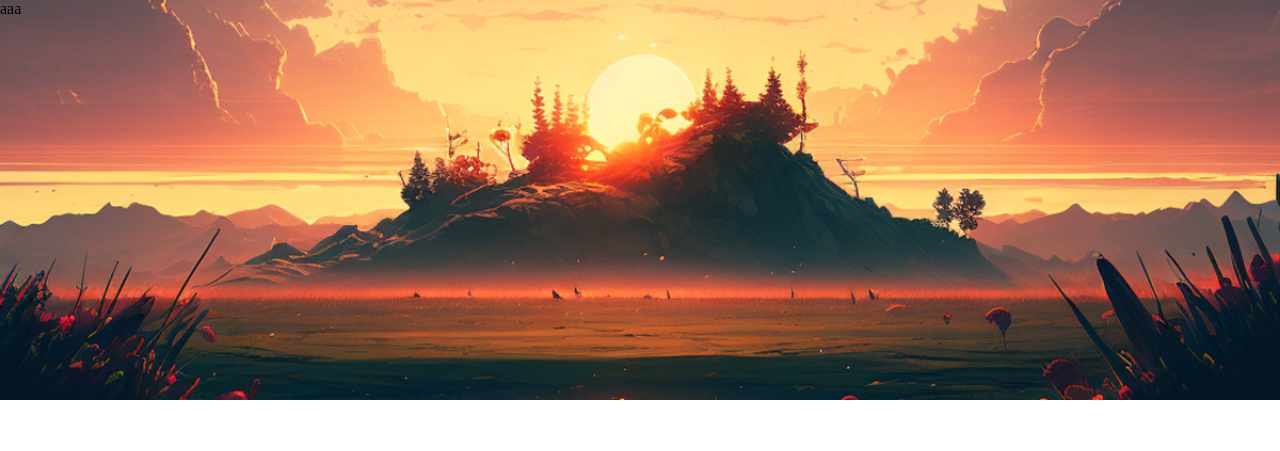
Repository: TheBiggestFatCat/myblog-frontend
Page: /
These files come from the project's save history. The page is drawn as it stood at one moment and after the next save; the edit follows.
The browser window is 1280 px wide. The pictures show the whole page.
The project was rebuilt for these pictures with package versions that can differ from the ones it lists, and the page was loaded fresh each time. Also part of the build but not shown: vite.config.ts.

Above is the page before, as saved 2023-02-26 08:22:20.

### src/style.css
* {
  margin: 0;
  padding: 0;
}

/* :root {
  font-family: Inter, system-ui, Avenir, Helvetica, Arial, sans-serif;
  line-height: 1.5;
  font-weight: 400;

  color-scheme: light dark;
  color: rgba(255, 255, 255, 0.87);
  background-color: #242424;

  font-synthesis: none;
  text-rendering: optimizeLegibility;
  -webkit-font-smoothing: antialiased;
  -moz-osx-font-smoothing: grayscale;
  -webkit-text-size-adjust: 100%;
}

a {
  font-weight: 500;
  color: #646cff;
  text-decoration: inherit;
}
a:hover {
  color: #535bf2;
}

body {
  margin: 0;
  display: flex;
  place-items: center;
  min-width: 320px;
  min-height: 100vh;
}

h1 {
  font-size: 3.2em;
  line-height: 1.1;
}

button {
  border-radius: 8px;
  border: 1px solid transparent;
  padding: 0.6em 1.2em;
  font-size: 1em;
  font-weight: 500;
  font-family: inherit;
  background-color: #1a1a1a;
  cursor: pointer;
  transition: border-color 0.25s;
}
button:hover {
  border-color: #646cff;
}
button:focus,
button:focus-visible {
  outline: 4px auto -webkit-focus-ring-color;
}

.card {
  padding: 2em;
}

#app {
  max-width: 1280px;
  margin: 0 auto;
  padding: 2rem;
  text-align: center;
}

@media (prefers-color-scheme: light) {
  :root {
    color: #213547;
    background-color: #ffffff;
  }
  a:hover {
    color: #747bff;
  }
  button {
    background-color: #f9f9f9;
  }
} */

### src/App.vue
<script setup lang="ts">
import Home from './components/Home/Home.vue';
</script>

<template>
  <Home/>
</template>

<style scoped>
</style>

### src/components/Home/Home.vue
<template>
  <div class="home">
    aaa
  </div>
</template>

<script lang='ts' setup>
</script>

<style lang="less" scoped>
.home {
  width: 1000px;
  height: 400px;
  // background-image: url(@/assets/pics/home1.jpg);
  // background-size: cover;
}

.home::before {
  content: "";
  position: fixed;
  top: 0;
  left: 0;
  width: 100vw;
  height: 400px;
  // width: 100%;
  // height: 100%;
  background-image: url(@/assets/pics/home1.jpg);
  background-size: cover;
  background-position: 0 -400px;
  backdrop-filter: blur(10px);
  // filter: blur(4px); /* 设置模糊半径 */
  // opacity: 0.5; /* 设置不透明度 */
  z-index: -1; /* 将遮罩层放在最底层 */
}
</style>

Loaded but not shown: index.html (common file); src/main.ts (common file)

After the next save:
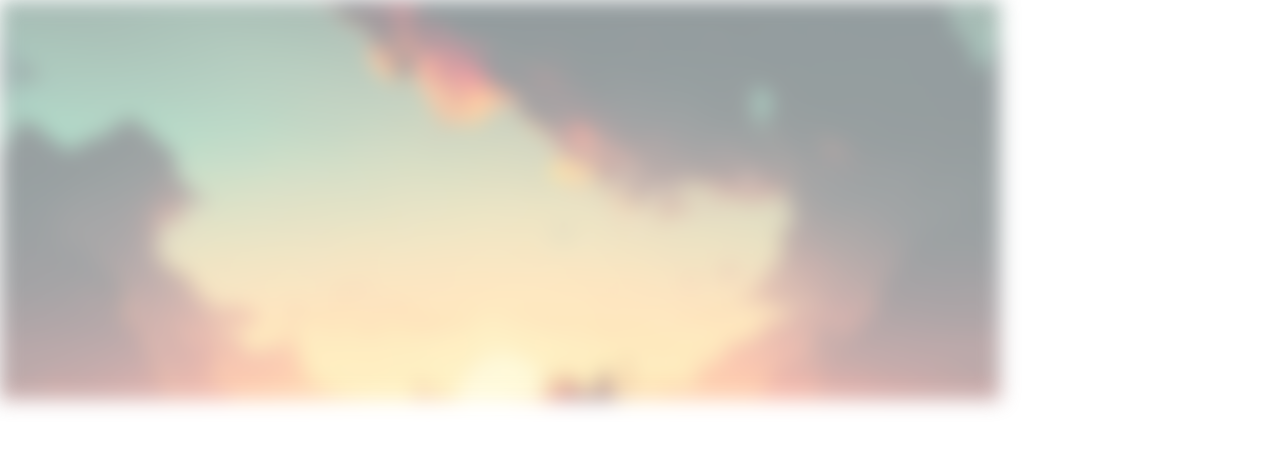
Saved 43 s later.
--- a/src/components/Home/Home.vue
+++ b/src/components/Home/Home.vue
@@ -1,6 +1,6 @@
 <template>
   <div class="home">
-    aaa
+
   </div>
 </template>
 
@@ -13,6 +13,7 @@
   height: 400px;
   // background-image: url(@/assets/pics/home1.jpg);
   // background-size: cover;
+  // background-position: 0 -200px;
 }
 
 .home::before {
@@ -20,16 +21,14 @@
   position: fixed;
   top: 0;
   left: 0;
-  width: 100vw;
+  width: 1000px;
   height: 400px;
   // width: 100%;
   // height: 100%;
   background-image: url(@/assets/pics/home1.jpg);
   background-size: cover;
-  background-position: 0 -400px;
-  backdrop-filter: blur(10px);
-  // filter: blur(4px); /* 设置模糊半径 */
-  // opacity: 0.5; /* 设置不透明度 */
+  filter: blur(10px); /* 设置模糊半径 */
+  opacity: 0.5; /* 设置不透明度 */
   z-index: -1; /* 将遮罩层放在最底层 */
 }
 </style>
